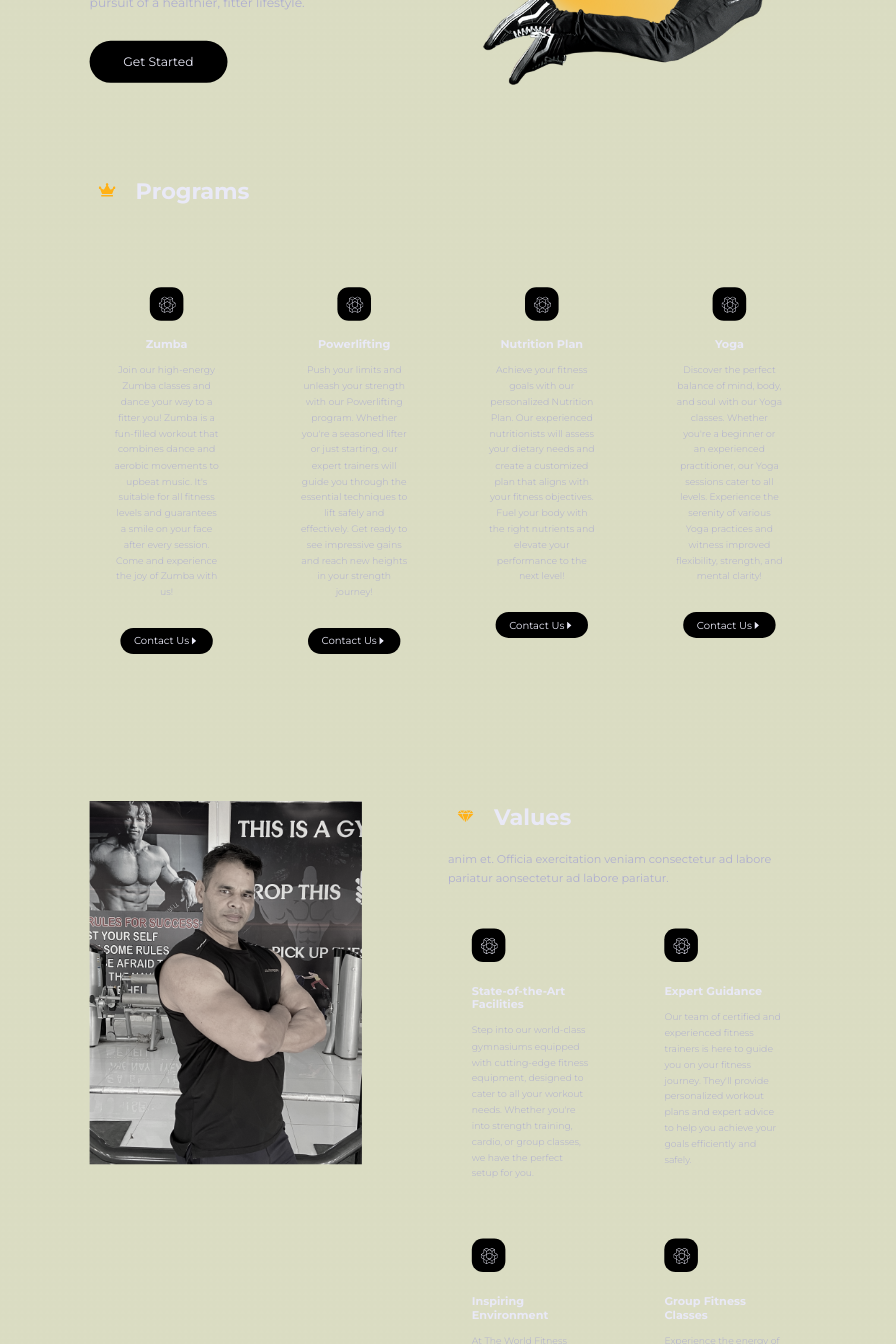
Repository: aryaMode/gym-portfolio
Page: /
An editor plug-in stored every save of this project. The page is shown before and after the next save, followed by the edit.
The browser window is 1280 px wide. The pictures show the part of the page from y = 526 to 2446 px (the page is 4873 px tall), at 70% of full size.
The project was rebuilt for these pictures with package versions that can differ from the ones it lists, and the page was loaded fresh each time. Also part of the build but not shown: src/pages/about/about.css, src/components/Header.jsx, src/pages/about/About.jsx, src/pages/contact/contact.css, src/pages/contact/Contact.jsx, src/pages/gallery/gallery.css, src/pages/gallery/Gallery.jsx, src/pages/notFound/notFound.css and 6 more.

Above is the page before, as saved 2023-07-20 17:34:35.

### public/index.html
<!DOCTYPE html>
<html lang="en">

<head>
    <meta charset="UTF-8">
    <meta http-equiv="X-UA-Compatible" content="IE=edge">
    <meta name="viewport" content="width=device-width, initial-scale=1.0">
    <title>Portfolio Website</title>
    <!-- GOOGLE FONTS (montserrat) -->
    <link href="https://fonts.googleapis.com/css2?family=Montserrat:wght@300;400;500;600;700&display=swap"
        rel="stylesheet">
</head>

<body>
    <div id="root"></div>
</body>

</html>

### src/App.jsx
// rafce -> shortcut to create component and export
import { BrowserRouter, Routes, Route } from "react-router-dom";
import React from "react";
import Home from "./pages/home/Home";
import About from "./pages/about/About";
import Contact from "./pages/contact/Contact";
import Gallery from "./pages/gallery/Gallery";
import NotFound from "./pages/notFound/NotFound";
import Plans from "./pages/plans/Plans";
import Trainers from "./pages/trainers/Trainers";
import Navbar from "./components/Navbar";
import Footer from "./components/Footer";

const App = () => {
	return (
		<BrowserRouter>
			<Navbar />
			<Routes>
				<Route index element={<Home />} />
				<Route path="about" element={<About />} />
				<Route path="contact" element={<Contact />} />
				<Route path="gallery" element={<Gallery />} />
				<Route path="plans" element={<Plans />} />
				<Route path="trainers" element={<Trainers />} />
				<Route path="*" element={<NotFound />} />
			</Routes>
			<Footer />
		</BrowserRouter>
	);
};

export default App;

### src/index.css
 *, *::before, *::after{
    margin: 0;
    padding: 0;
    border: 0;
    outline: 0;
    list-style: none;
    text-decoration: none;
    box-sizing: border-box;
 }

 /* CSS Global variable starts with :root {...} check w3school docs for more  info */
 :root{
    --primary-hue: 210;
    --gray-hue: 240;
    /* hsl (hue, saturation, lightness) */
    --color-primary: black;
    --color-primary-variant: hsl(var(--primary-hue), 100%, 65%);
    --color-secondary: #ffb116;
    --color-gray-100: hsl(var(--gray-hue), 47%, 94%); /*almost white colour lightness is almost 100%*/
    --color-gray-200: hsl(var(--gray-hue), 26%, 75%);
    --color-gray-300: hsl(var(--gray-hue), 24%, 64%);
    --color-gray-400: hsl(var(--gray-hue), 16%, 41%);
    --color-yellow-500: hsl(var(--gray-hue), 44%, 25%);
    --color-gray-600: hsl(var(--gray-hue), 48%, 15%);

    --container-width-lg: 80%;
    --container-width-md: 90%;

    --transition: all 500ms ease; /* make sure all transition have a constant effect*/
 }

  /******************** GENERAL STYLES ********************/
  body{
    font-family: "Montserrat", sans-serif;
    color: var(--color-gray-200);
    line-height: 1.7;
    overflow-x: hidden;
    background: rgb(218, 220, 194) url(./images/bg_texture.png);
  }

  .container{
    width: var(--container-width-lg);
    max-width: 1920px;
    margin-inline: auto;
  }

  h1, h2, h3, h4, h5 {
    line-height: 1.2;
    color: var(--color-gray-100);
  }

  h1 {
    font-size: 3rem;
  }

  h2 {
    font-size: 2rem ;
  }

  a {
    color: var(--color-gray-100);
  }

  img{
    display: block;
    object-fit: cover;
    width: 100%;
}

.btn {
    color: var(--color-gray-100);
    width: fit-content;
    margin: 0 auto;
    padding: 0.9rem 2rem;
    background: var(--color-primary);
    border-radius: 1.5rem;
    transition: var(--transition);
}

.btn:hover {
    background: var(--color-secondary);
    color: var(--color-gray-600);
}

.btn.lg {
    padding: 1.2rem 3rem;
    border-radius: 2rem;
    font-size: 1.1rem;
}

.btn.sm {
    padding: 0.4rem 1.2rem;
    font-size: 0.9rem;
}

.btn.sm:hover {
    background: var(--color-gray-100);
}

/******************** SECTION REUSABLE STYLES ********************/
section {
    margin-top: 10rem;
}

.section__head {
    display: flex;
    align-items: center;
    gap: 1rem;
}

.section__head span {
    background: var(--color-gray-500);
    padding: 0.3rem 0.8rem 0;
    border-radius: 1rem;
    color: var(--color-secondary);
    font-size: 1.5rem;
}

.card {
    background: var(--color-gray-500);
    border: 2px solid transparent;
    text-align: center;
    padding: 3rem 2rem;
    border-radius: 0 3rem 0 3rem;
    transition: var(--transition);
}

.card:hover {
    background: transparent;
    border-color: var(--color-gray-400);
    cursor: default;
}

.card span {
    width: 3rem;
    height: 3rem;
    background: var(--color-primary);
    color: var(--color-gray-100);
    font-size: 1.5rem;
    padding: 0.8rem;
    display: grid;
    place-items: center;
    margin-bottom: 1.5rem;
    margin-inline: auto;
    border-radius: 1rem;
    transition: var(--transition);
}

.card:hover span {
    background: var(--color-secondary);
    color: var(--color-gray-500)
}

.card small {
    margin-top: 1rem;
    display: block;
    font-weight: 300;
}

.header {
    margin-top: 5rem;
    height: 20rem;
    overflow: hidden;
    border-bottom: 2px solid var(--color-gray-400);
}

.header__container {
    width: 100%;
    height: 100%;
    position: relative;
    display: grid;
    place-items: center;
    background: #0000;
}

.header__container-lg {
    position: absolute;
    width: 100%;
}

.header__container-lg img {
    opacity: 0.5;
}

.header__content {
    position: relative;
    width: 44%;
    margin: 0 auto;
    text-align: center;
    color: var(--color-gray-100);
}

.header__content h2 {
    margin-bottom: 1rem;
}

.header__content p {
    color: rgba(255, 255, 255, 0.7, green, blue, alpha);
}






/******************** MEADIA QUERIES (medium screens) ********************/
@media screen and (max-width: 1024px) {
    .container {
        width: var(--container-width-md);
    }

    h1 {
        font-size: 2rem;
    }

    h2 {
        font-size: 1.6rem;
    }

    .header__content {
        width: 76%;
    }
}

/******************** MEADIA QUERIES (small screens) ********************/
@media screen and (max-width: 600px) {
    h1 {
        font-size: 2.2rem;
        line-height: 1.3;
    }

    section {
        margin-top: 7rem;
    }

    .header {
        height: fit-content;
    }

    .header__content {
        width: var(--container-width-md);
        padding: 3rem 0;
    }

    .header__content p {
        font-size: 0.85rem;
    }
}

### src/pages/home/Home.jsx
import React from "react";
import "./home.css";
import MainHeader from "../../components/MainHeader";
import Program from "../../components/Program";
import Values from "../../components/Values";
import FAQs from "../../components/FAQs";
import Testimonial from "../../components/Testimonial";
// import Footer from "../../components/Footer";

const Home = () => {
	return (
		<>
			<MainHeader />
			<Program />
			<Values />
			<FAQs />
			<Testimonial />
			{/* <Footer /> comment this out so footer wount be double */}
		</>
	);
};

export default Home;

### src/components/Navbar.jsx
import { useState } from "react";
import {logoName} from "../data";
import { Link, NavLink } from "react-router-dom";
// NavLink comes with an isactive prop which we can use to detect which page we on
// so we can have a special style for that link
import React from "react";
import Logo from "../images/logo.png";
import { links } from "../data";
import { GoThreeBars } from "react-icons/go";
import { MdOutlineClose } from "react-icons/md";
import "./navbar.css";

const Navbar = () => {
	const [isNavShowing, setIsNavShowing] = useState(false);

	const handleNavToggle = () => {
		return setIsNavShowing((prevVAlue) => {
			return !prevVAlue;
		});
	};

	return (
		<nav>
			<div className="container nav__container">
				<Link to="/" className="logo" onClick={handleNavToggle}>
					{/* <img src={Logo} alt="Nav-logo" /> */}
					<div>{logoName}</div>
				</Link>
				<ul
					className={`nav__links ${isNavShowing ? "show__nav" : "hide__nav"}`}
				>
					{/* Destructure the links array of object from the links to get each item */}
					{links.map(({ name, path }, index) => {
						return (
							<li key={index}>
								<NavLink
									to={path}
									className={({ isActive }) => (isActive ? "active-nav" : "")}
									onClick={handleNavToggle}
								>
									{name}
								</NavLink>
							</li>
						);
					})}
				</ul>
				<button onClick={handleNavToggle} className="nav__toggle-btn">
					{isNavShowing ? <MdOutlineClose /> : <GoThreeBars />}
				</button>
			</div>
		</nav>
	);
};

export default Navbar;

// export PATH=$PATH:/home/daveworld/bin

### src/components/Footer.jsx
import React from "react";
import { Link } from "react-router-dom";
import {logoName} from "../data";
import Logo from "../images/logo.png";
import { FaYoutube } from "react-icons/fa";
import { FaFacebookF } from "react-icons/fa";
import { AiOutlineTwitter } from "react-icons/ai";
import { AiFillInstagram } from "react-icons/ai";

const Footer = () => {
	return (
		<footer>
			<div className="container footer__container">
				<article>
					<Link to="/" className="logo">
						{/* <img src={Logo} alt="Footer Logo" /> */}
					{logoName}
					</Link>
					<p>
						Consectetur non nostrud enim nostrud est culpa ullamco incididunt
						nisi. Consectetur non nostrud enim nostrud est culpa ullamco
						incididunt nisi.
					</p>
					<div className="footer__socials">
						<a
							href="https://youtube.com/@Thesandeep325"
							target="_blank"
							rel="noreferrer noopener"
						>
							<FaYoutube />
						</a>
						<a
							href="https://www.facebook.com/profile.php?id=100000823973714&mibextid=LQQJ4d"
							target="_blank"
							rel="noreferrer noopener"
						>
							<FaFacebookF />
						</a>

						<a
							href="https://instagram.com/the_world_fitness_zone_?igshid=MzRlODBiNWFlZA=="
							target="_blank"
							rel="noreferrer noopener"
						>
							<AiFillInstagram />
						</a>
					</div>
				</article>
				<article>
					<h4>Permalinks</h4>
					<Link to="/about">About</Link>
					<Link to="/plans">Plans</Link>
					<Link to="/trainers">Trainers</Link>
					<Link to="/gallery">Gallery</Link>
					<Link to="/contact">Contact</Link>
				</article>
				<article>
					<h4>Insights</h4>
					<Link to="/s">Blog</Link>
					<Link to="/s">Case Studies</Link>
					<Link to="/s">Events</Link>
					<Link to="/s">Communities</Link>
					<Link to="/constact">FAQs</Link>
				</article>
				<article>
					<h4>Get In Touch</h4>
					<Link to="/contact">Plans</Link>
					<Link to="/s">Trainers</Link>
				</article>
			</div>
			<br />
			<br />
			<br />
			<br />
		</footer>
	);
};

export default Footer;

### src/components/MainHeader.jsx
import React from "react";
import { Link } from "react-router-dom";
import Image from "../images/main_header.png";

const MainHeader = () => {
	return (
		<header className="main__header">
			<div className="container main__header-container">
				<div className="main__header-left">
					<h4>Welcome to The World Fitness Zone, Karnal!</h4>
					<h1>Unleash Your Potential with The World Fitness Zone

</h1>
					<p>
					Are you ready to take your fitness journey to the next level? Look no further than The World Fitness Zone - Karnal's premier fitness destination. We are not just a gym; we are a community of fitness enthusiasts who believe in the power of transformation and the pursuit of a healthier, fitter lifestyle.
					</p>
					<Link to="/contact" className="btn lg">
						Get Started
					</Link>
				</div>
				<div className="main__header-right">
					<div className="main__header-circle"></div>
					<div className="main__header-image">
						<img src={Image} alt="MainHeaderImage" />
					</div>
				</div>
			</div>
		</header>
	);
};

export default MainHeader;

### src/components/Program.jsx
import React from "react";
import { FaCrown } from "react-icons/fa";
import SectionHead from "./SectionHead";
import { programs } from "../data";
import Card from "../UI/Card";
import { Link } from "react-router-dom";
import { AiFillCaretRight } from "react-icons/ai";

const Program = () => {
	return (
		<section className="programs">
			<div className="container programs container">
				<SectionHead icon={<FaCrown />} title="Programs" />

				<div className="program__wrapper">
					{programs.map(({ id, icon, title, info, path }) => {
						return (
							<Card className="programs__program" key={id}>
								<span>{icon}</span>
								<h4>{title}</h4>
								<small>{info}</small>
								<Link to={path} className="btn sm">
									Contact Us <AiFillCaretRight />
								</Link>
							</Card>
						);
					})}
				</div>
			</div>
		</section>
	);
};

export default Program;

### src/components/Values.jsx
import React from "react";
import Image from "../images/values.jpg";
import SectionHead from "./SectionHead";
import { GiCutDiamond } from "react-icons/gi";
import { values } from "../data";
import Card from "../UI/Card";

const Values = () => {
	return (
		<section className="values">
			<div className="container values__container">
				<div className="values__left">
					<div className="values__image">
						<img src={Image} alt="values Image" />
					</div>
				</div>
				<div className="values__right">
					<SectionHead icon={<GiCutDiamond />} title="Values" />
					<p>
						anim et. Officia exercitation veniam consectetur ad labore pariatur
						aonsectetur ad labore pariatur.
					</p>
					<div className="values__wrapper">
						{values.map(({ id, icon, title, desc }) => {
							return (
								<Card className="values__value" key={id}>
									<span>{icon}</span>
									<h4>{title}</h4>
									<small>{desc}</small>
								</Card>
							);
						})}
					</div>
				</div>
			</div>
		</section>
	);
};

export default Values;

### src/components/FAQs.jsx
import React from "react";
import { FaQuestion } from "react-icons/fa";
import { faqs } from "../data";
import FAQ from "./FAQ";
import SectionHead from "./SectionHead";
const FAQs = () => {
	return (
		<section className="faqs">
			<div className="container faqs__container">
				<SectionHead icon={<FaQuestion />} title="FAQs" />
				<div className="faqs__wrapper">
					{faqs.map(({ id, question, answer }) => {
						return <FAQ key={id} question={question} answer={answer} />;
					})}
				</div>
			</div>
		</section>
	);
};

export default FAQs;

### src/components/Testimonial.jsx
import React, { useState } from "react";
import SectionHead from "./SectionHead";
import { ImQuotesLeft } from "react-icons/im";
import Card from "../UI/Card";
import {
	IoIosArrowDropleftCircle,
	IoIosArrowDroprightCircle,
} from "react-icons/io";
import { testimonials } from "../data";

const Testimonial = () => {
	const [index, setIndex] = useState(0);
	const { name, quote, job, avatar } = testimonials[index];

	const handlePreviousTestimonial = () => {
		setIndex((prevValue) => {
			return prevValue - 1;
		});
		if (index <= 0) {
			setIndex(testimonials.length - 1);
		}
	};
	const handleAfterTestimonial = () => {
		setIndex((prevValue) => {
			return prevValue + 1;
		});
		if (index >= testimonials.length - 1) {
			setIndex(0);
		}
	};

	return (
		<section className="testimonials">
			<div className="container testimonial__container">
				<SectionHead
					icon={<ImQuotesLeft />}
					title="Testimonials"
					className="testimonials__head"
				/>
				<Card className="testimonial">
					<div className="testimonial__avatar">
						<img src={avatar} alt={name} />
					</div>
					<p className="testimonial__quote">{`"${quote}"`}</p>
					<h5>{name}</h5>
					<small className="testimonial__title">{job}</small>
				</Card>
				<div className="testimonial__btn-container">
					<button
						className="testimonials__btn"
						onClick={handlePreviousTestimonial}
					>
						<IoIosArrowDropleftCircle />
					</button>
					<button
						className="testimonials__btn"
						onClick={handleAfterTestimonial}
					>
						<IoIosArrowDroprightCircle />
					</button>
				</div>
			</div>
		</section>
	);
};

export default Testimonial;

### src/UI/Card.jsx
import React from "react";

const Card = ({ className, children }) => {
	return <article className={`card ${className}`}>{children}</article>;
};

export default Card;

### src/components/navbar.css
nav{
    height: 5rem;
    width: 100vw; /*100% of the window/browser*/
    background: var(--color-primary);
    display: grid;
    place-items: center;
    position: fixed; /*commnt this to see hiden layers*/
    top: 0;
    left: 0;
    z-index: 99; /* makes sure it sit on all items*/
}

/* Only show on medium and small screens */
.nav__toggle-btn {
    display: none;
}

.nav__container {
    height: 100%;

    display: flex;
    justify-content: space-between;
    align-items: center;
    position: relative;
}

.logo{
    width: 50vw;
    font-size: 1rem;
    font-weight: bold;
    margin-right: 50px;
    display: flex;
}

.nav__links{
    display: flex;
    gap: 3.5rem;
    align-items: center;
}

.nav__links a {
    transition: var(--transition);
}

.nav__links a:hover {
    color: var(--color-secondary);
}

.active-nav {
    position: relative;
}

.active-nav::after{
    content: "";
    display: block;
    width: 1.2rem;
    height: 1.2rem;
    background-color: var(--color-primary);
    position: absolute;
    left: calc(50% - 0.6rem);
    transform: rotate(45deg);
    margin-top: 0.9rem;
}

 /******************** MEDIA QUERIES (mesium and small screens) ********************/
 @media screen and (max-width: 1024px) {
    .nav__toggle-btn {
        display: inline-block;
        background: transparent;
        font-size: 1.8rem;
        cursor: pointer;
    }

    .nav__toggle-btn svg{
        color: var(--color-gray-100);
    }

    .nav__links {
        position: absolute;
        top: 100%;
        right: 0;
        flex-direction: column;
        gap: 0;
        perspective: 400px;
    }

    .active-nav {
        display: none;
    }

    .active-nav, .active-nav::after{
        display: none;
    }

    .nav__links li {
        height: 4rem;
        width: 100%;
        box-shadow: -2rem 2rem 5rem rgba(0, 0, 0, 0.5);
        animation: navAnimation 600ms ease forwards;
        transform: rotateX(90deg);
        opacity: 0;
        transform-origin: top;
    }

    .nav__links li:nth-child(2) {
        animation-delay: 200ms;
    }
    .nav__links li:nth-child(3) {
        animation-delay: 400ms;
    }
    .nav__links li:nth-child(4) {
        animation-delay: 600ms;
    }
    .nav__links li:nth-child(5) {
        animation-delay: 800ms;
    }
    .nav__links li:nth-child(6) {
        animation-delay: 1s;
    }
    .nav__links li:nth-child(7) {
        animation-delay: 1.2s;
    }

    @keyframes navAnimation {
        to {
            transform: rotateX(0);
            opacity: 1;
        }
    }

    .nav__links li a {
        background-color: var(--color-primary);
        height: 100%;
        width: 100%;
        display: flex;
        align-items: center;
        padding: 1rem 5rem 1rem 3rem;
    }

    .show__nav {
        display: flex;
    }

    .hide__nav {
        display: none;
    }

 }

### src/components/SectionHead.jsx
import React from "react";

// A reuseable component for each section name
const SectionHead = ({ icon, title, className }) => {
	return (
		<div className={`section__head ${className}`}>
			<span>{icon}</span>
			<h2>{title}</h2>
		</div>
	);
};

export default SectionHead;

### src/components/FAQ.jsx
import React, { useState } from "react";
import { AiOutlinePlus } from "react-icons/ai";
import { AiOutlineMinus } from "react-icons/ai";

const FAQ = ({ question, answer }) => {
	const [isAnswerShowing, setIsAnswerShowing] = useState(false);

	const handleFAQ = () => {
		return setIsAnswerShowing((prevValue) => {
			return !prevValue;
		});
	};

	return (
		<article className="faq" onClick={handleFAQ}>
			<div>
				<h4>{question}</h4>
				<button className="faq__icon">
					{isAnswerShowing ? <AiOutlineMinus /> : <AiOutlinePlus />}
				</button>
			</div>
			{isAnswerShowing && <p>{answer}</p>}
		</article>
	);
};

export default FAQ;

Loaded but not shown: src/index.js (common file); src/data.js (331 lines, source omitted); src/pages/home/home.css (412 lines, source omitted)

After the next save:
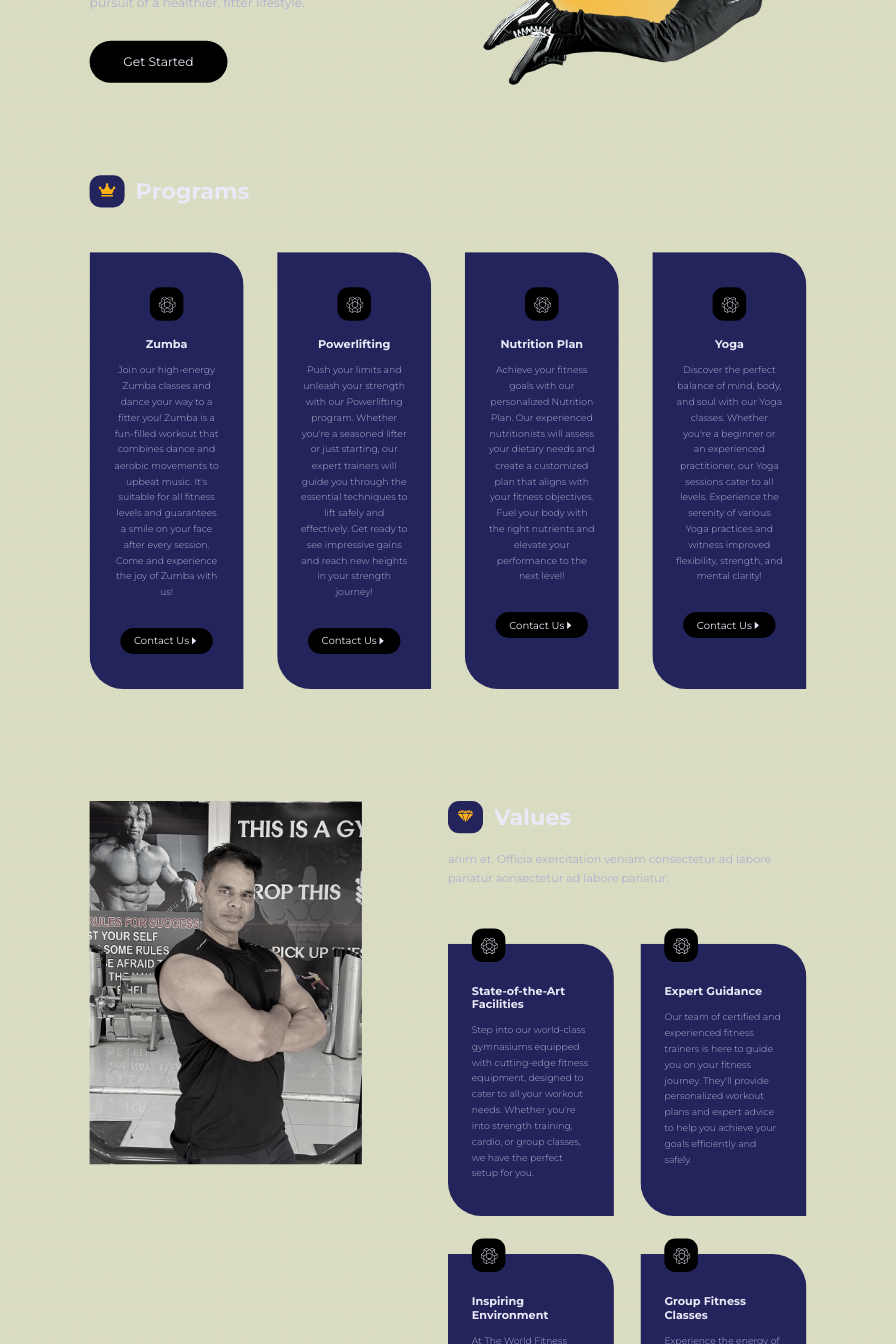
Saved 5 s later.
--- a/src/index.css
+++ b/src/index.css
@@ -20,7 +20,7 @@
     --color-gray-200: hsl(var(--gray-hue), 26%, 75%);
     --color-gray-300: hsl(var(--gray-hue), 24%, 64%);
     --color-gray-400: hsl(var(--gray-hue), 16%, 41%);
-    --color-yellow-500: hsl(var(--gray-hue), 44%, 25%);
+    --color-gray-500: hsl(var(--gray-hue), 44%, 25%);
     --color-gray-600: hsl(var(--gray-hue), 48%, 15%);
 
     --container-width-lg: 80%;
